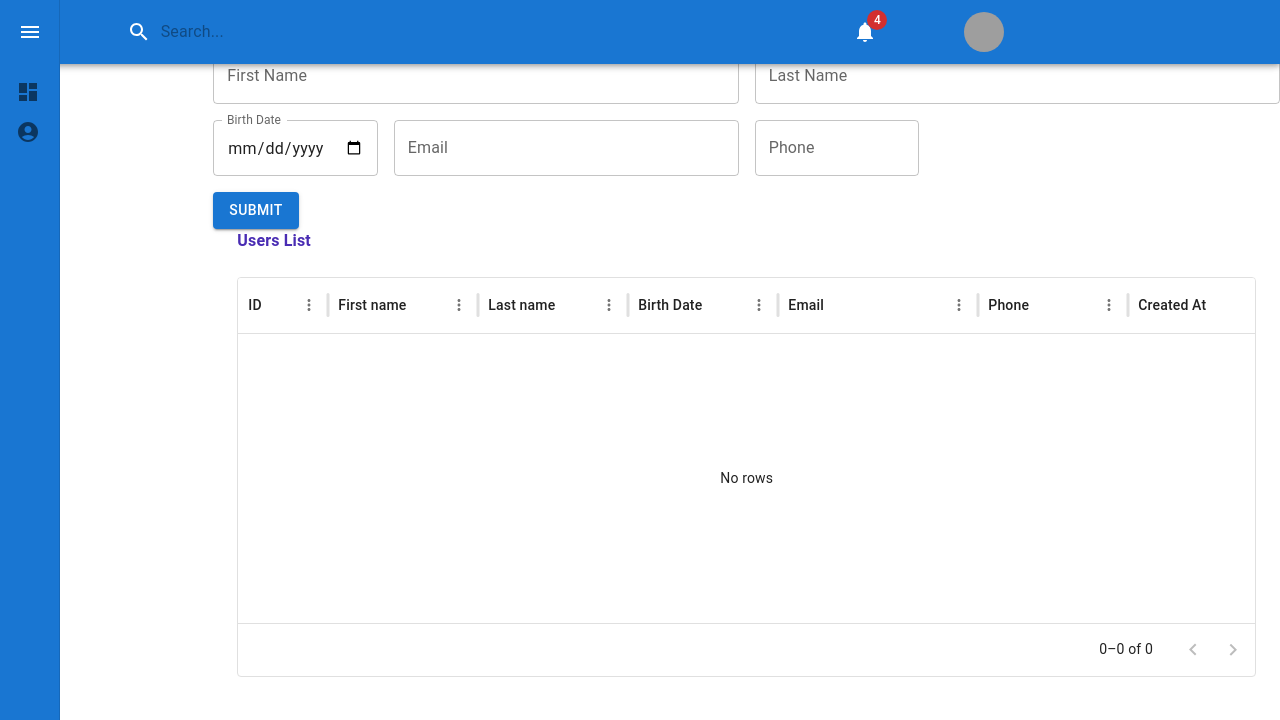
Repository: lenx0/front-client-manager
Page: /
These files come from the project's save history. The page is drawn as it stood at one moment and after the next save; the edit follows.
The browser window is 1280 px wide. The pictures show the whole page.
Pictures or frames that could not be fetched are drawn as grey boxes. The page's requests for data from a server got no answer. The project was rebuilt for these pictures with package versions that can differ from the ones it lists, and the page was loaded fresh each time. No one was signed in, and anything a server would have sent is missing. Also part of the build but not shown: vite.config.js, src/App.css.

Above is the page before, as saved 2024-06-25 13:18:04.

### index.html
<!doctype html>
<html lang="en">
  <head>
    <meta charset="UTF-8" />
    <meta name="viewport" content="width=device-width, initial-scale=1.0" />
    <title>Client Manager</title>
  </head>
  <body>
    <div id="root"></div>
    <script type="module" src="/src/main.jsx"></script>
  </body>
</html>

### src/App.jsx
import { Box, Grid } from '@mui/material'
import './App.css'
import UserForm from './components/UserForm'
import UserList from './components/UserList'
import Header from './components/Layout/Header'
import Sidebar from './components/Layout/Sidebar'

function App() {

  return (
    <Grid container>
      <Grid item xs={12}>
        <Header />
      </Grid>
      <Grid item xs={2}>
        <Sidebar />
      </Grid>
      <Grid item xs={10}>
        <UserForm />
        <UserList />
      </Grid>
    </Grid>
  )
}

export default App

### src/components/UserForm.jsx
import React from 'react';
import { useForm } from 'react-hook-form';
import CustomInput from './CustomInput';
import { Button, Grid, Typography } from '@mui/material';
import axios from 'axios';

const UserForm = () => {
  const { handleSubmit, control, reset } = useForm();

  const onSubmit = async (data) => {
    try {
      const response = await axios.post('http://localhost:3100/v1/users/create', data);
      console.log('Dados enviados com sucesso:', response.data);
      reset();
    } catch (error) {
      console.error('Erro ao enviar dados:', error);
    }
  };

  return (
    <Grid container direction="column" xs={12}>
      <Typography fontWeight={700} pb={3} color="#492cb3">
        General Details
      </Typography>
      <form onSubmit={handleSubmit(onSubmit)}>
        <Grid container spacing={2}>
          <Grid item xs={6}>
            <CustomInput
              name="firstName"
              control={control}
              label="First Name"
              rules={{ required: 'First name is required' }}
            />
          </Grid>
          <Grid item xs={6}>
            <CustomInput
              name="lastName"
              control={control}
              label="Last Name"
              rules={{ required: 'Last name is required' }}
            />
          </Grid>
          <Grid item xs={2}>
            <CustomInput
              name="birthDate"
              control={control}
              label="Birth Date"
              placeHolder="none"
              type="date"
              rules={{ required: 'Birth date is required' }}
              defaultValue=""
            />
          </Grid>
          <Grid item xs={4}>
            <CustomInput
              name="email"
              control={control}
              label="Email"
              type="email"
              rules={{
                required: 'Email is required',
                pattern: {
                  value: /^[a-zA-Z0-9_.+-]+@[a-zA-Z0-9-]+\.[a-zA-Z0-9-.]+$/,
                  message: 'Enter a valid email address',
                },
              }}
            />
          </Grid>
          <Grid item xs={2}>
            <CustomInput
              name="phone"
              control={control}
              label="Phone"
              rules={{ required: 'Phone number is required' }}
            />
          </Grid>
          <Grid item xs={12}>
            <Button type="submit" variant="contained" color="primary">
              Submit
            </Button>
          </Grid>
        </Grid>
      </form>
    </Grid>
  );
};

export default UserForm;

### src/components/UserList/index.jsx
import React, { useState, useEffect } from 'react';
import { DataGrid } from '@mui/x-data-grid';
import axios from 'axios';
import { Box, Container, Typography } from '@mui/material';

const UserList = () => {
  const [users, setUsers] = useState([]);
  const [loading, setLoading] = useState(true);

  useEffect(() => {
    const fetchUsers = async () => {
      try {
        const response = await axios.get('http://localhost:3100/v1/users/list');
        setUsers(response.data);
        setLoading(false);
      } catch (error) {
        console.error('Erro ao buscar usuários:', error);
        setLoading(false);
      }
    };

    fetchUsers();
  }, []);

  const columns = [
    { field: 'id', headerName: 'ID', width: 90 },
    { field: 'firstName', headerName: 'First name', width: 150 },
    { field: 'lastName', headerName: 'Last name', width: 150 },
    { field: 'birthDate', headerName: 'Birth Date', width: 150 },
    { field: 'email', headerName: 'Email', width: 200 },
    { field: 'phone', headerName: 'Phone', width: 150 },
    { field: 'moment', headerName: 'Created At', width: 180 },
  ];

  const rows = users.map((user, index) => ({
    id: index + 1,
    ...user,
  }));

  return (
    <Container>
      <Typography fontWeight={700} pb={3} color="#492cb3">Users List</Typography>
      <Box style={{ height: 400, width: '100%' }}>
        <DataGrid
          rows={rows}
          columns={columns}
          pageSize={5}
          rowsPerPageOptions={[5]}
          loading={loading}
          pagination
          paginationMode="client"
          initialState={{
            pagination: {
              paginationModel: { page: 1, pageSize: 5 }
            },
            sorting: {
              sortModel: [{ field: 'orderDate', sort: 'desc' }]
            }
          }}
        />
      </Box>
    </Container>
  );
};

export default UserList;

### src/components/Layout/Header.jsx
import React from 'react';
import { AppBar, Toolbar, InputBase, IconButton, Badge, Avatar, Grid } from '@mui/material';
import { Menu as MenuIcon, Search as SearchIcon, Notifications as NotificationsIcon, AccountCircle as AccountCircleIcon } from '@mui/icons-material';

const Header = () => {
  return (
    <AppBar position="fixed" sx={{ bgcolor: 'primary.main' }}>
      <Toolbar>
        <Grid container alignItems="center">
          <Grid item xs={1}>
            <IconButton
              size="large"
              edge="start"
              color="inherit"
              aria-label="open drawer"
            >
              <MenuIcon />
            </IconButton>
          </Grid>
          <Grid item xs={7}>
            <div style={{ display: 'flex', alignItems: 'center' }}>
              <SearchIcon style={{ marginRight: '10px' }} />
              <InputBase
                placeholder="Search..."
                inputProps={{ 'aria-label': 'search' }}
                fullWidth
              />
            </div>
          </Grid>
          <Grid item xs={1}>
            <IconButton color="inherit">
              <Badge badgeContent={4} color="error">
                <NotificationsIcon />
              </Badge>
            </IconButton>
          </Grid>
          <Grid item xs={1}>
            <Avatar alt="User Avatar" src="/avatar.jpg" sx={{ ml: 2 }} />
          </Grid>
        </Grid>
      </Toolbar>
    </AppBar>
  );
};

export default Header;

### src/components/Layout/Sidebar.jsx
import React, { useState } from 'react';
import { Drawer, List, ListItem, ListItemIcon, ListItemText, IconButton } from '@mui/material';
import { Dashboard as DashboardIcon, AccountCircle as AccountCircleIcon, Menu as MenuIcon } from '@mui/icons-material';

const Sidebar = () => {
    const [open, setOpen] = useState(false);

    const toggleDrawer = () => {
        setOpen(!open);
    };

    const handleListItemClick = () => {
        setOpen(true); // Expande o Drawer ao clicar em qualquer item da lista
    };

    return (
        <Drawer
            variant="permanent"
            sx={{
                width: open ? 240 : 60,
                flexShrink: 0,
                '& .MuiDrawer-paper': {
                    width: open ? 240 : 60,
                    boxSizing: 'border-box',
                    transition: 'width 0.3s ease-in-out',
                    bgcolor: 'primary.main',
                    color: 'white',
                },
            }}
        >
            <div style={{ display: 'flex', justifyContent: 'center', alignItems: 'center', height: '64px' }}>
                <IconButton onClick={toggleDrawer} sx={{ color: 'white' }}>
                    <MenuIcon />
                </IconButton>
            </div>
            <List>
                <ListItem button onClick={handleListItemClick}>
                    <ListItemIcon>
                        <DashboardIcon />
                    </ListItemIcon>
                    {open && <ListItemText primary="Dashboard" />}
                </ListItem>
                <ListItem button onClick={handleListItemClick}>
                    <ListItemIcon>
                        <AccountCircleIcon />
                    </ListItemIcon>
                    {open && <ListItemText primary="Profile" />}
                </ListItem>
            </List>
        </Drawer>
    );
};

export default Sidebar;

### src/components/CustomInput.jsx
import React from 'react';
import { Controller } from 'react-hook-form';
import TextField from '@mui/material/TextField';

const CustomInput = ({ name, control, label, type = 'text', rules, defaultValue = '' }) => {
  return (
    <Controller
      name={name}
      control={control}
      defaultValue={defaultValue}
      rules={rules}
      render={({ field, fieldState: { error } }) => (
        <TextField
          {...field}
          label={label}
          type={type}
          error={!!error}
          helperText={error ? error.message : null}
          variant="outlined"
          InputLabelProps={type === 'date' ? { shrink: true } : {}}
          fullWidth
        />
      )}
    />
  );
};

export default CustomInput;

Loaded but not shown: src/main.jsx (common file); src/index.css (common file)

After the next save:
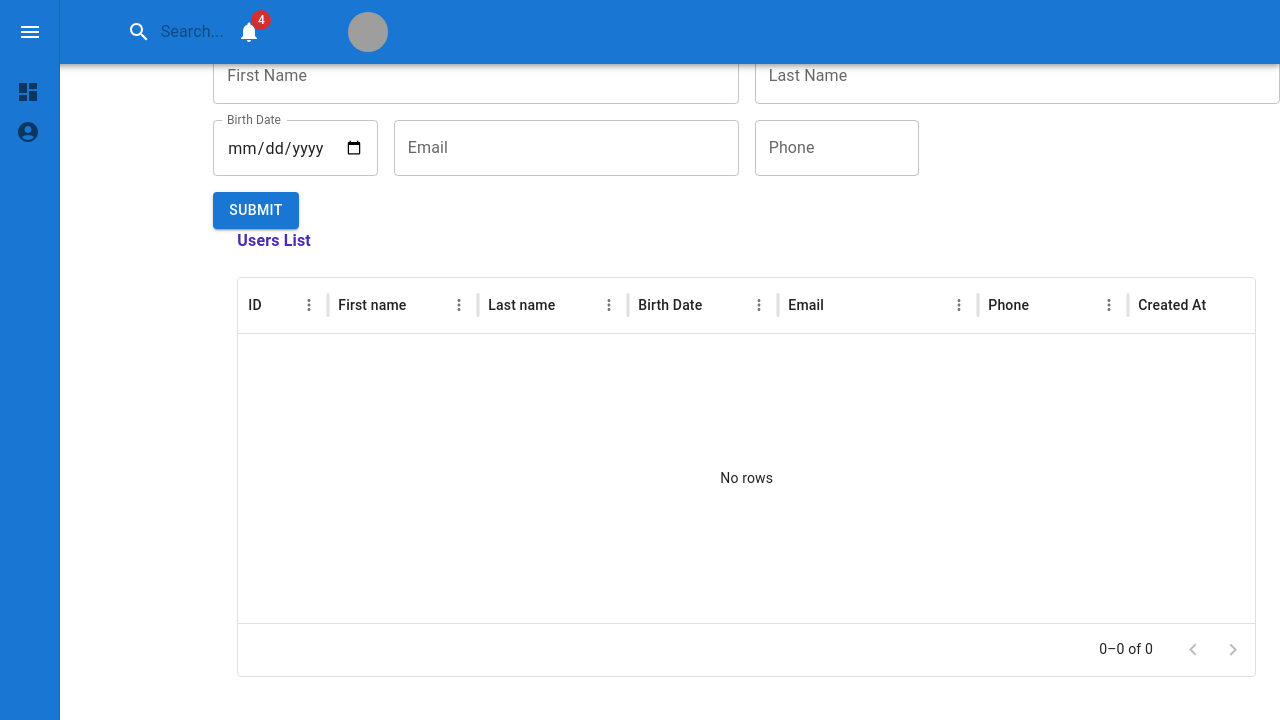
Saved 11 s later.
--- a/src/components/Layout/Header.jsx
+++ b/src/components/Layout/Header.jsx
@@ -17,7 +17,7 @@ const Header = () => {
               <MenuIcon />
             </IconButton>
           </Grid>
-          <Grid item xs={7}>
+          <Grid item xs={1}>
             <div style={{ display: 'flex', alignItems: 'center' }}>
               <SearchIcon style={{ marginRight: '10px' }} />
               <InputBase
